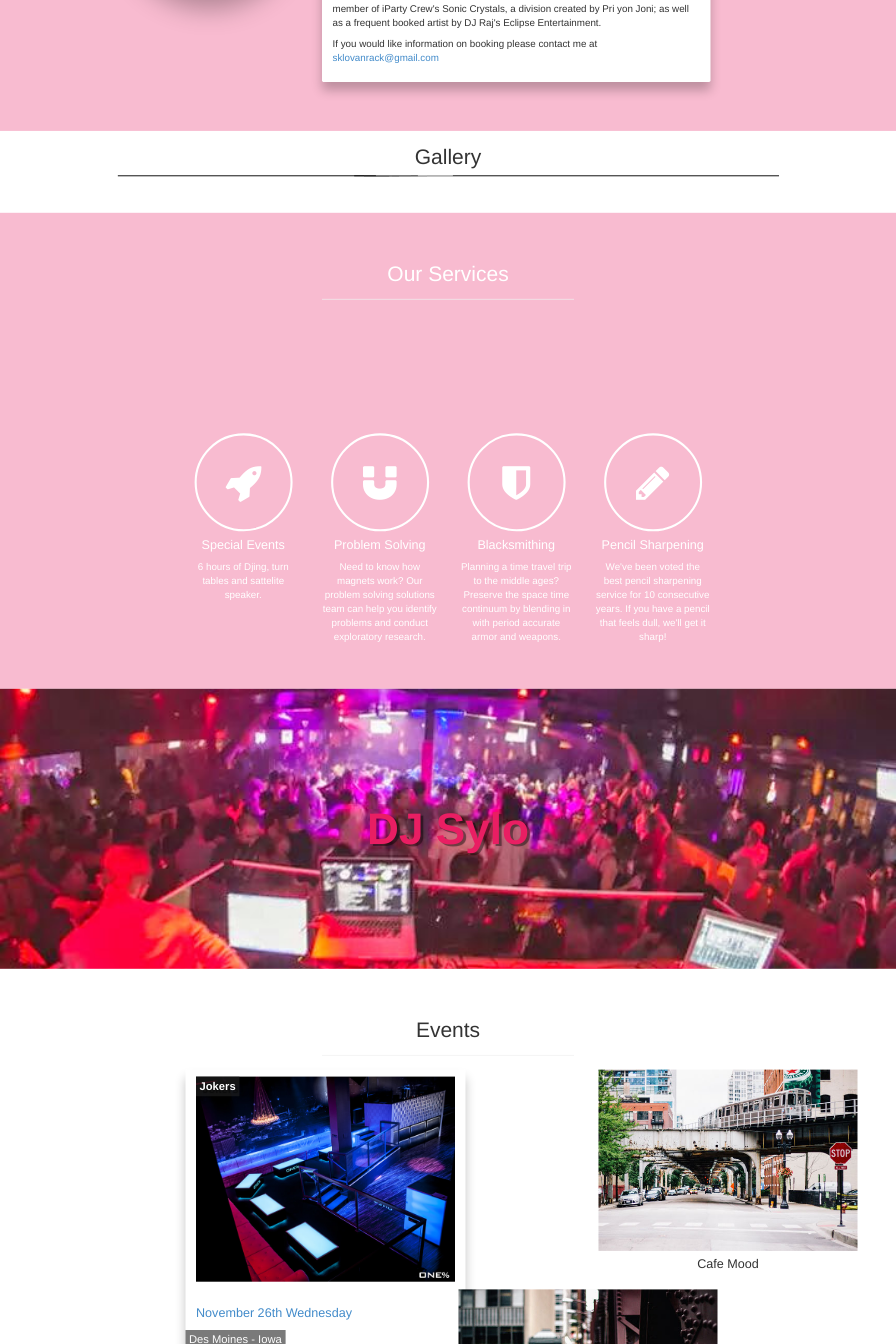
Repository: BambooXLotus/DjSylo
Page: client/index.html
The author's editor kept a record of every edit. The page is drawn from the files as they stood at one moment, then again after the next edit.
The browser window is 1280 px wide. The pictures show the part of the page from y = 1040 to 2960 px (the page is 4250 px tall before and 4350 px after), at 70% of full size.
Pictures or frames that could not be fetched are drawn as grey boxes. Some icons come from a web library that is not loaded, so they are not drawn. Backgrounds fixed to the window are drawn as part of the page. Some web libraries are served in a nearby version.

Above is the page before.

### client/index.html
<!DOCTYPE html>
<html lang="en">

<head>
    <meta charset="utf-8">
    <meta name="viewport" content="width=device-width, initial-scale=1.0">
    <meta name="description" content="">
    <meta name="author" content="">
    <title>DJ Sylo</title>
    <!-- Bootstrap core CSS
        -->
    <link href="css/bootstrap.css" rel="stylesheet">
    <!-- Add custom CSS here -->
    <link href="css/stylish-portfolio.css" rel="stylesheet">
    <link href="//maxcdn.bootstrapcdn.com/font-awesome/4.1.0/css/font-awesome.min.css" rel="stylesheet">
    <link href="css/nanogallery.min.css" rel="stylesheet" type="text/css">
</head>

<body>
    <!-- Side Menu -->
    <nav class="navbar navbar-fixed-top navbar-inverse" role="navigation">
        <div class="container">
            <div class="navbar-header">
                <button type="button" class="navbar-toggle" data-toggle="collapse" data-target=".navbar-ex1-collapse">
                    <span class="sr-only">Toggle navigation</span>
                    <span class="icon-bar"></span>
                    <span class="icon-bar"></span>
                    <span class="icon-bar"></span>
                </button>
                <a class="navbar-brand" href="index.php">DJ <b>Sylo</b></a>
            </div>
            <!-- Collect the nav links, forms, and other content for toggling -->
            <div class="collapse navbar-collapse navbar-ex1-collapse">
                <ul class="nav navbar-nav">
                    <li>
                        <a href="#top">Home</a>
                    </li>
                    <li>
                        <a href="#about">Bio</a>
                    </li>
                    <li>
                        <a href="#gallery">Gallery</a>
                    </li>
                    <li>
                        <a href="#services">Services</a>
                    </li>
                    <li>
                        <a href="#portfolio">Events</a>
                    </li>
                    <li>
                        <a href="#portfolio">Discography</a>
                    </li>
                    <li>
                        <a href="#contact">Contact</a>
                    </li>
                </ul>
            </div>
            <!-- /.navbar-collapse -->
        </div>
        <!-- /.container -->
    </nav>
    <!-- /Side Menu -->
    <!-- Full Page Image Header Area -->
    <div id="top" class="header">
        <div class="vert-text">
            <div class="hero">
                <h1>DJ <b>Sylo</b></h1>
                <a href="#contact" class="btn btn-lg btn-default">Contact</a>
            </div>
        </div>
    </div>
    <!-- /Full Page Image Header Area -->
    <!-- Intro -->
    <div id="about" class="about">
        <div class="container">
            <div class="row">
                <div class="col-md-3 col-md-offset-1">
                    <img class="img-circle img-responsive circle-shadow" src="img/portrait-sm.jpg">
                </div>
                <div class="col-md-6 col-xs-12">
                    <div class="panel panel-default dialog">
                        <div class="panel-heading">
                            <h3>DJ Sylo</h3>
                        </div>
                        <div class="panel-body">
                            <h4>Kansas City, MO</h4>
                            <p>Style: Electronic, Pop, Hip hop.</p>
                            <p>Inpsirations: Calvin Harris, Zedd, Adventure CLub.</p>
                            <p>Musical flavor, stage presence, and a feel for the crowd, DJ Sylo's unique taste and style of music has touched dancefloors across Iowa, as well as the 2012 515 Alive electronic music festival. Sylo's presence is gaining notoriety
                                in both the club and the electronic dance music scene. Armed with her Numark NS7, DJ Sylo is now a member of iParty Crew's Sonic Crystals, a division created by Pri yon Joni; as well as a frequent booked artist by DJ Raj's
                                Eclipse Entertainment.</p>
                            <p>If you would like information on booking please contact me at <a href="sklovanrack@gmail.com">sklovanrack@gmail.com</a>
                            </p>
                        </div>
                    </div>
                </div>
            </div>
        </div>
    </div>
    <!-- /Intro -->
    <!-- Gallery -->
    <div id="gallery" class="gallery">
        <div class="container">
            <div class="row">
                <div class="col-md-6 col-md-offset-3 text-center">
                    <h2>Gallery</h2>
                </div>
            </div>
            <div class="row">
                <div class="col-md-10 col-md-offset-1 col-xs-12 text-center">
                    <div id="nanoGallery2"></div>
                </div>
            </div>
        </div>
    </div>
    <!-- /Gallery -->
    <!-- Services -->
    <div id="services" class="services">
        <div class="container">
            <div class="row">
                <div class="col-md-4 col-md-offset-4 text-center">
                    <h2>Our Services</h2>
                    <hr>
                </div>
            </div>
            <div class="row">
                <div class="col-md-offset-3 col-md-6">
                    <iframe width="100%" height="166" scrolling="no" frameborder="no" src="https://w.soundcloud.com/player/?url=https%3A//api.soundcloud.com/tracks/160960689&amp;color=ff5500&amp;auto_play=false&amp;hide_related=false&amp;show_comments=true&amp;show_user=true&amp;show_reposts=false"></iframe>
                </div>
            </div>
            <div class="row">
                <div class="col-md-2 col-md-offset-2 text-center">
                    <div class="service-item">
                        <i class="service-icon fa fa-rocket"></i>
                        <h4>Special Events</h4>
                        <p>6 hours of Djing, turn tables and sattelite speaker.</p>
                    </div>
                </div>
                <div class="col-md-2 text-center">
                    <div class="service-item">
                        <i class="service-icon fa fa-magnet"></i>
                        <h4>Problem Solving</h4>
                        <p>Need to know how magnets work? Our problem solving solutions team can help you identify problems and conduct exploratory research.</p>
                    </div>
                </div>
                <div class="col-md-2 text-center">
                    <div class="service-item">
                        <i class="service-icon fa fa-shield"></i>
                        <h4>Blacksmithing</h4>
                        <p>Planning a time travel trip to the middle ages? Preserve the space time continuum by blending in with period accurate armor and weapons.</p>
                    </div>
                </div>
                <div class="col-md-2 text-center">
                    <div class="service-item">
                        <i class="service-icon fa fa-pencil"></i>
                        <h4>Pencil Sharpening</h4>
                        <p>We've been voted the best pencil sharpening service for 10 consecutive years. If you have a pencil that feels dull, we'll get it sharp!</p>
                    </div>
                </div>
            </div>
        </div>
    </div>
    <!-- /Services -->
    <!-- Callout -->
    <div class="callout">
        <div class="vert-text">
            <h1>DJ Sylo</h1>
        </div>
    </div>
    <!-- /Callout -->
    <!-- Portfolio -->
    <div id="portfolio" class="portfolio">
        <div class="container">
            <div class="row">
                <div class="col-md-4 col-md-offset-4 text-center">
                    <h2>Events</h2>
                    <hr>
                </div>
            </div>
            <div class="row">
                <div class="col-md-4 col-md-offset-2">
                    <a class="panel card fixed-card">
                        <div class="panel-heading">
                            <h3 class="panel-title">Jokers</h3>
                            <h4 class="panel-title stickyBottom">Des Moines - Iowa</h4>
                            <img class="img-portfolio img-responsive" src="img/one-1.jpg">
                        </div>
                        <div class="panel-body">
                            <h4>November 26th Wednesday</h4>
                        </div>
                    </a>
                </a>
                <div class="col-md-4 text-center">
                    <div class="portfolio-item">
                        <a href="#">

                            <img class="img-portfolio img-responsive" src="img/portfolio-2.jpg">

                        </a>
                        <h4>Jokers 2014</h4>
                    </div>
                </div>
            </div>
            <div class="row">
                <div class="col-md-4 col-md-offset-2 text-center">
                    <div class="portfolio-item">
                        <a href="#">

                            <img class="img-portfolio img-responsive" src="img/portfolio-3.jpg">

                        </a>
                        <h4>Cafe Mood</h4>
                    </div>
                </div>
                <div class="col-md-4 text-center">
                    <div class="portfolio-item">
                        <a href="#">

                            <img class="img-portfolio img-responsive" src="img/portfolio-4.jpg">

                        </a>
                        <h4>Power and Light 2015</h4>
                    </div>
                </div>
            </div>
        </div>
    </div>
    <!-- /Portfolio -->
    <!-- Call to Action -->
    <div class="call-to-action">
        <div class="container">
            <div class="row">
                <div class="col-md-6 col-md-offset-3 text-center">
                    <h3>Place Holder.</h3>
                    <a href="#" class="btn btn-lg btn-default">Click Me!</a>
                    <a href="#" class="btn btn-lg btn-primary">Look at Me!</a>
                </div>
            </div>
        </div>
    </div>
    <!-- /Call to Action -->
    <!-- Map -->
    <div id="contact">
        <div class="container">
            <div class="row">
                <div class="col-md-6 col-md-offset-3">
                    <h3>Contact</h3>
                    <hr>
                    <address>
                            <strong>Email:</strong>
                            <a href="mailto:#">sklovanrack@gmail.com</a>
                            <br>
                            <br>
                            <strong>Phone:</strong>(515) 329-2323</address>
                </div>
            </div>
            <div>
                <div class="col-md-6 col-md-offset-3 contact-form">
                    <form id="contact" method="post" class="form" role="form">
                        <div class="row">
                            <div class="col-xs-6 col-md-6 form-group">
                                <input class="form-control" id="name" name="name" placeholder="Name" type="text" />
                            </div>
                            <div class="col-xs-6 col-md-6 form-group">
                                <input class="form-control" id="email" name="email" placeholder="Email" type="email" required />
                            </div>
                        </div>
                        <textarea class="form-control" id="message" name="message" placeholder="Message" rows="5"></textarea>
                        <br />
                        <div class="row">
                            <div class="col-xs-12 col-md-12 form-group">
                                <button class="btn btn-primary pull-right" type="submit">Submit</button>
                            </div>
                        </div>
                    </form>
                </div>
            </div>
        </div>
    </div>
    <!-- /Map -->
    <!-- Footer -->
    <footer>
        <div class="container">
            <div class="row">
                <div class="col-md-6 col-md-offset-3 text-center">
                    <ul class="list-inline">
                        <li>
                            <a class="fa fa-facebook fa-3x" href="https://www.facebook.com/DJSyloSonicCrystals"></a>
                        </li>
                        <li>
                            <i class="fa fa-twitter fa-3x"></i>
                        </li>
                        <li>
                            <i class="fa fa-instagram fa-3x"></i>
                        </li>
                        <li>
                            <a class="fa fa-soundcloud fa-3x" href="https://soundcloud.com/bambooproduction/sets"></a>
                        </li>
                    </ul>
                    <div class="top-scroll">
                        <a href="#top"><i class="fa fa-circle-arrow-up scroll fa-4x"></i></a>
                    </div>
                    <hr>
                    <p>Copyright &copy; Bamboo Lotus 2014</p>
                </div>
            </div>
        </div>
    </footer>
    <!-- /Footer -->
    <!-- JavaScript -->
    <script src="js/jquery-1.10.2.js"></script>
    <script src="js/bootstrap.js"></script>

    <!-- nanoGALLERY plugin files -->
    <script type="text/javascript" src="js/jquery.nanogallery.min.js"></script>
    <!-- Custom JavaScript for the Side Menu and Smooth Scrolling
        -->
    <script>
        $("#menu-close").click(function(e) {
            e.preventDefault();
            $("#sidebar-wrapper").toggleClass("active");
        });
    </script>
    <script>
        $("#menu-toggle").click(function(e) {
            e.preventDefault();
            $("#sidebar-wrapper").toggleClass("active");
        });
    </script>
    <script>
        $(function() {
            $('a[href*=#]:not([href=#])').click(function() {
                if (location.pathname.replace(/^\//, '') == this.pathname.replace(/^\//, '') || location.hostname == this.hostname) {

                    var target = $(this.hash);
                    target = target.length ? target : $('[name=' + this.hash.slice(1) + ']');
                    if (target.length) {
                        $('html,body').animate({
                            scrollTop: target.offset().top
                        }, 1000);
                        return false;
                    }
                }
            });

            $("#nanoGallery2").nanoGallery({
                thumbnailWidth: 'auto',
                thumbnailHeight: 200,
                userID: 'derensomsanith@gmail.com',
                kind: 'picasa',
                album: '6020738059883313137',
                colorSchemeViewer: 'light',
                thumbnailHoverEffect: [{
                    name: 'labelAppear75',
                    duration: 300
                }],
                thumbnailGutterWidth: 1,
                thumbnailGutterHeight: 1,
                i18n: {
                    thumbnailImageDescription: 'View Photo',
                    thumbnailAlbumDescription: 'Open Album'
                },
                thumbnailLabel: {
                    display: true,
                    position: 'overImageOnMiddle',
                    align: 'center'
                },
                photoSorting: 'random',
                lazyBuild: 'none',
                lazyBuildTreshold: 300
            });
        });

        (function(i, s, o, g, r, a, m) {
            i['GoogleAnalyticsObject'] = r;
            i[r] = i[r] || function() {
                (i[r].q = i[r].q || []).push(arguments)
            }, i[r].l = 1 * new Date();
            a = s.createElement(o),
                m = s.getElementsByTagName(o)[0];
            a.async = 1;
            a.src = g;
            m.parentNode.insertBefore(a, m)
        })(window, document, 'script', '//www.google-analytics.com/analytics.js', 'ga');

        ga('create', 'UA-56532059-1', 'auto');
        ga('send', 'pageview');
    </script>
</body>

</html>

### client/css/stylish-portfolio.css
/* Global Styles */

html,
body {
  height: 100%;
  width: 100%;
}
h1 {
  color: #e91e63;
  text-shadow: 4px 4px 1px rgba(0, 0, 0, 0.45);
}
h3 {
  color: #e91e63;
  text-shadow: 4px 4px 1px rgba(0, 0, 0, 0.45);
  font-weight: bold;
}
.vert-text {
  display: table-cell;
  vertical-align: middle;
  text-align: center;
}
.vert-text h1 {
  padding: 0;
  margin: 0;
  font-size: 4.5em;
  font-weight: 700;
}
/* Side Menu */

#sidebar-wrapper {
  margin-right: -250px;
  right: 0;
  width: 250px;
  background: #000;
  position: fixed;
  height: 100%;
  overflow-y: auto;
  z-index: 1000;
  -webkit-transition: all 0.4s ease 0s;
  -moz-transition: all 0.4s ease 0s;
  -ms-transition: all 0.4s ease 0s;
  -o-transition: all 0.4s ease 0s;
  transition: all 0.4s ease 0s;
}
.sidebar-nav {
  position: absolute;
  top: 0;
  width: 250px;
  list-style: none;
  margin: 0;
  padding: 0;
}
.sidebar-nav li {
  line-height: 40px;
  text-indent: 20px;
}
.sidebar-nav li a {
  color: #999999;
  display: block;
  text-decoration: none;
}
.sidebar-nav li a:hover {
  color: #fff;
  background: rgba(255, 255, 255, 0.2);
  text-decoration: none;
}
.sidebar-nav li a:active,
.sidebar-nav li a:focus {
  text-decoration: none;
}
.sidebar-nav > .sidebar-brand {
  height: 55px;
  line-height: 55px;
  font-size: 18px;
}
.sidebar-nav > .sidebar-brand a {
  color: #999999;
}
.sidebar-nav > .sidebar-brand a:hover {
  color: #fff;
  background: none;
}
#menu-toggle {
  top: 0;
  right: 0;
  position: fixed;
  z-index: 1;
}
#sidebar-wrapper.active {
  right: 250px;
  width: 250px;
  -webkit-transition: all 0.4s ease 0s;
  -moz-transition: all 0.4s ease 0s;
  -ms-transition: all 0.4s ease 0s;
  -o-transition: all 0.4s ease 0s;
  transition: all 0.4s ease 0s;
}
.toggle {
  margin: 5px 5px 0 0;
}
/* Full Page Image Header Area */

.header {
  display: table;
  height: 100%;
  width: 100%;
  position: relative;
  background: url(../img/DJSyloJumbotron.jpeg) no-repeat center center fixed;
  -webkit-background-size: cover;
  -moz-background-size: cover;
  -o-background-size: cover;
  background-size: cover;
}
/* Intro */

.intro {
  padding: 50px 0;
}
/* About */

.about {
  background: #f8bbd0;
  padding: 50px 0;
}
/* Services */

.services {
  background: #f8bbd0;
  padding: 50px 0;
  color: #ffffff;
}
.service-item {
  margin-bottom: 15px;
}
i.service-icon {
  border: 3px solid #ffffff;
  border-radius: 50%;
  display: inline-block;
  font-size: 56px;
  width: 140px;
  height: 140px;
  line-height: 136px;
  vertical-align: middle;
  text-align: center;
}
/* Callout */

.callout {
  color: #ffffff;
  display: table;
  height: 400px;
  width: 100%;
  background: url(../img/callout_DJSylo.jpeg) no-repeat center center fixed;
  -webkit-background-size: cover;
  -moz-background-size: cover;
  -o-background-size: cover;
  background-size: cover;
}
/* Portfolio */

.portfolio {
  padding: 50px 0;
}
.portfolio-item {
  margin-bottom: 25px;
}
.img-portfolio {
  margin: 0 auto;
}
/* Call to Action */

.call-to-action {
  color: #ffffff;
  background: #ec407a;
  padding: 50px 0;
}
.call-to-action .btn {
  margin: 10px;
}
/* Map */

.map {
  height: 500px;
}
/* Footer */

footer {
  padding: 100px 0;
}
.top-scroll {
  margin-top: 50px;
}
.top-scroll a {
  text-decoration: none;
  color: inherit;
}
i.scroll {
  color: #333333;
}
i.scroll:hover {
  color: #0a5175;
}
/* Responsive */

@media (max-width: 768px) {
  .header {
    background: url(../img/DJSyloJumbotron.jpeg) no-repeat center center scroll;
  }
  .callout {
    background: url(../img/callout_DJSylo.jpeg) no-repeat center center scroll;
  }
  .map {
    height: 75%;
  }
}
html,
body {
  height: 100%;
}
.carousel,
.item,
.active {
  height: 100%;
}
.carousel-inner {
  height: 100%;
}
.fill {
  width: 100%;
  height: 100%;
  background-position: center;
  background-size: cover;
}
/* faster sliding speed */

.carousel-inner > .item {
  -webkit-transition: 0.3s ease-in-out left;
  -moz-transition: 0.3s ease-in-out left;
  -o-transition: 0.3s ease-in-out left;
  transition: 0.3s ease-in-out left;
}
/* keep full widget on smaller screens */

@media (max-width: 767px) {
  body {
    padding-left: 0;
    padding-right: 0;
  }
}
#galleryContainer {
  background: #DDD;
  max-width: 1000px;
  max-height: 500px;
}
.item img {
  width: 50%;
}
.item.w2 {
  width: 25%;
}

.circle-shadow{
      box-shadow: 0 19px 38px rgba(0,0,0,0.30);
}

    /* Card, Dialog */
    .card, .dialog {
      border-radius: 2px;
      border: 0px;
      position: relative;
      display: inline-block;
      vertical-align: top;
      background-color: #fff;
      box-shadow: 0 12px 15px 0 rgba(0, 0, 0, 0.24);
    }

    .fixed-card{
      width: 400px;
      height: 400px;
    }

    .panel:hover .panel-title {
    background: #e91e63;
}

    .panel-title {
    position: absolute;
    background: rgba(34, 34, 34, 0.6);
    color: White;
    padding: 5px;
    z-index: 3;
    -webkit-transition: all .6s ease-in-out;
    -moz-transition: all .6s ease-in-out;
    -o-transition: all .6s ease-in-out;
    -ms-transition: all .6s ease-in-out;
    transition: all .6s ease-in-out;
}

.panel-default > .panel-heading {
    border-radius: 0;
    background: transparent;
}

.card-heading {
    border-radius: 0;
    background: transparent;
    overflow: hidden;
    padding: 0px;
    border-bottom: 0px;
}

.stickyBottom {
    position: absolute;
    bottom: 0;
    left: 0;
}

Loaded but not shown: client/css/bootstrap.css (library); client/css/nanogallery.min.css (library); client/js/jquery-1.10.2.js (library); client/js/bootstrap.js (library); client/js/jquery.nanogallery.min.js (library)

After the next edit:
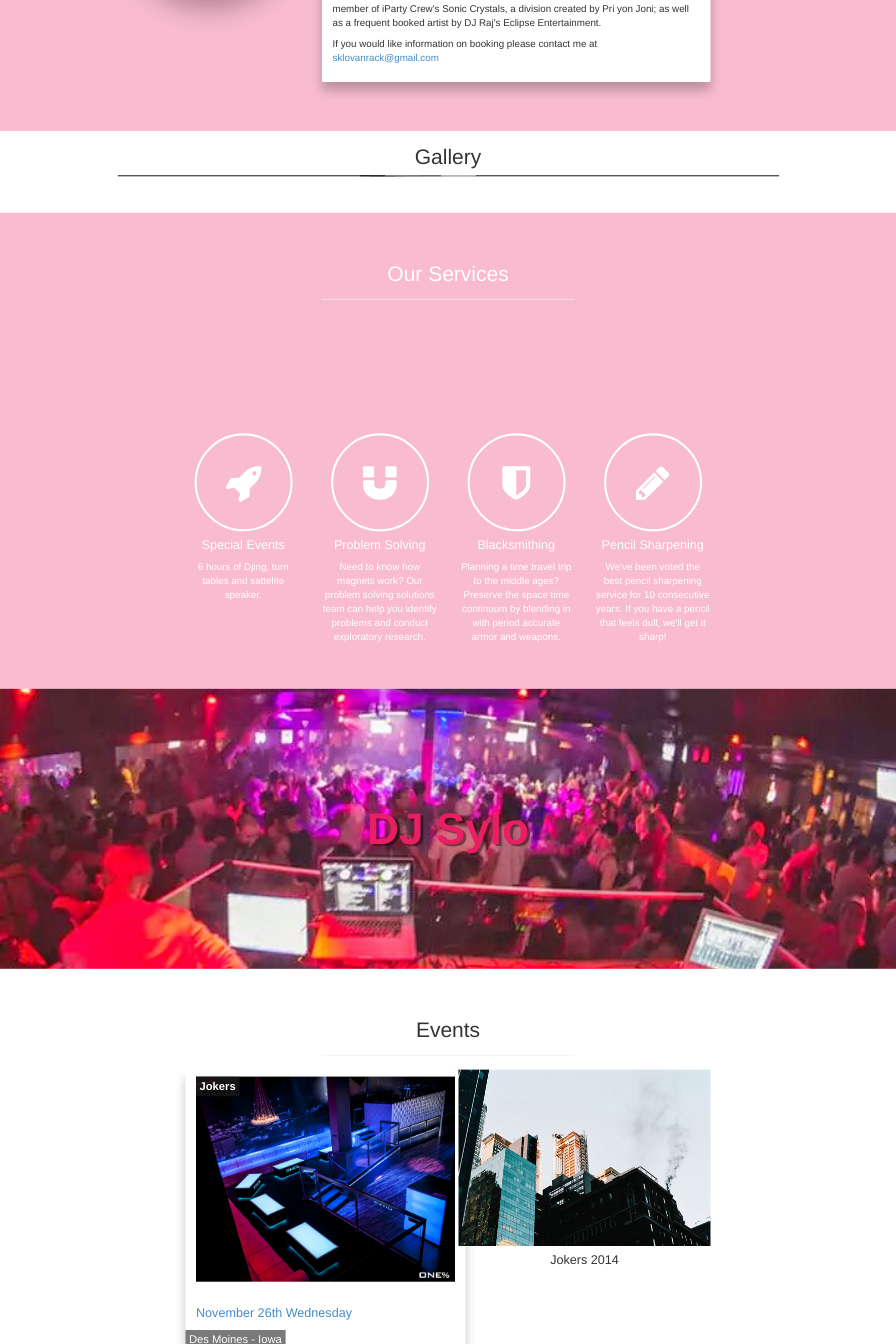
The edit:
--- a/client/index.html
+++ b/client/index.html
@@ -189,7 +189,7 @@
                             <h4>November 26th Wednesday</h4>
                         </div>
                     </a>
-                </a>
+                </div>
                 <div class="col-md-4 text-center">
                     <div class="portfolio-item">
                         <a href="#">
